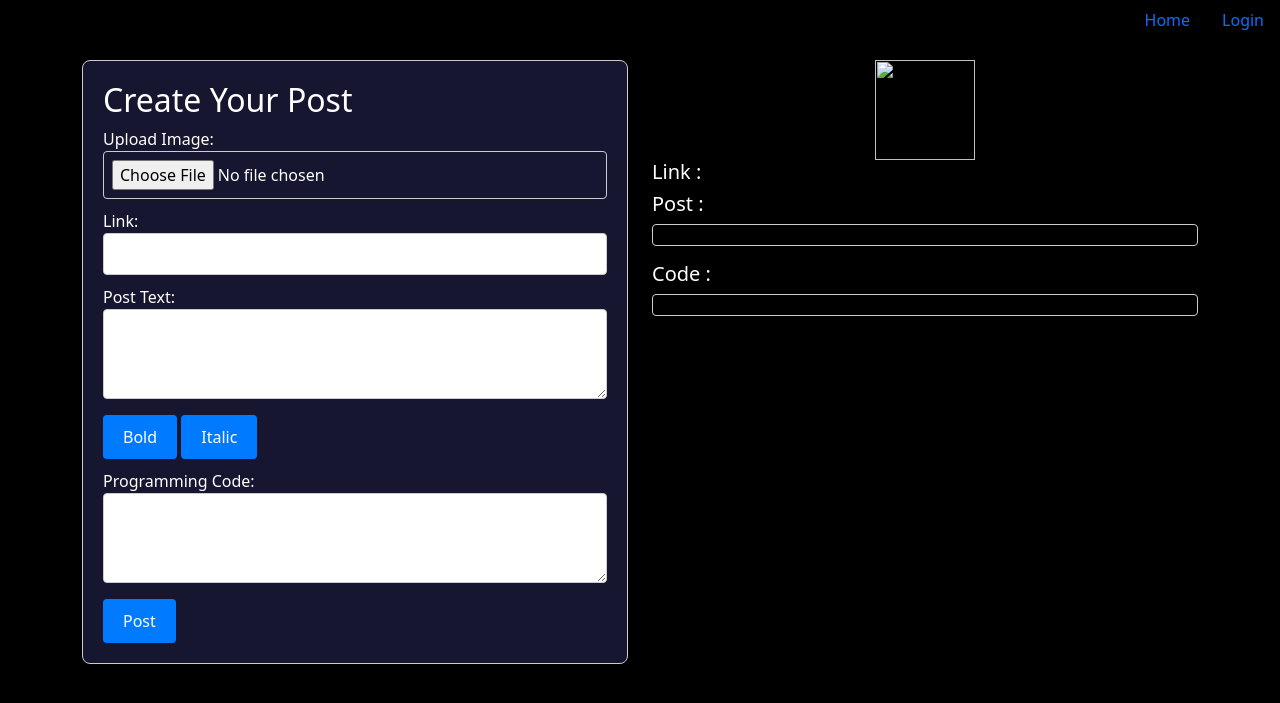
Repository: jaseem1999/sdCommunity
Page: http://localhost/sdCommunity/UserPost.jsp
The author's editor kept a copy of each file at every save. The page is drawn from the files as they stood at one save, then again after the next save.
The browser window is 1280 px wide. The pictures show the whole page.
The page is served by Tomcat 9.

Above is the page before, as saved 2023-09-29 15:18:12.

After the next save:
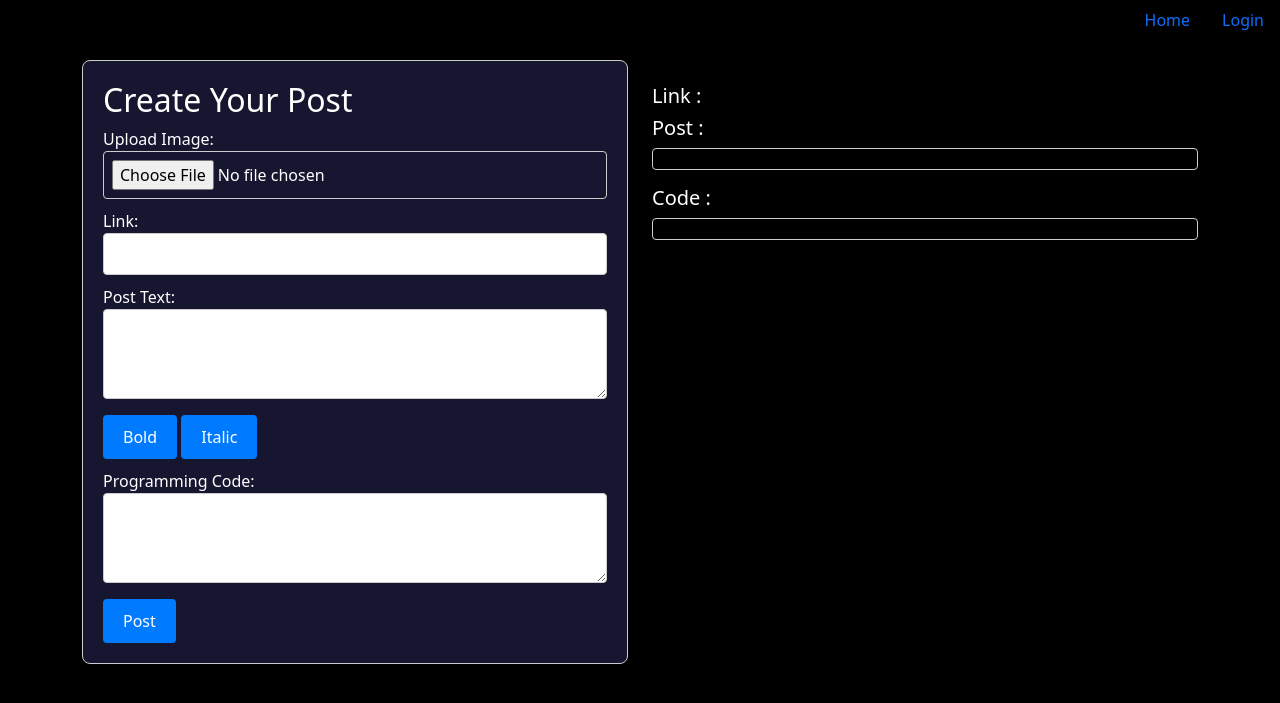
Saved 2 min 58 s later.
--- a/sdCommunity/src/main/webapp/UserPost.jsp
+++ b/sdCommunity/src/main/webapp/UserPost.jsp
@@ -67,8 +67,7 @@ String position = (String) session.getAttribute("position");
         border-radius: 8px;
     }
     .profileImg{
-		width: 70px;
-		height: 100px;
+		height: auto;
 		border: 1 solid white;
 	}
 	#center{
@@ -218,7 +217,7 @@ String position = (String) session.getAttribute("position");
     </div>
 	    <div class="col">
 			<div id="center">
-			 <img class="profileImg" alt="" src="" id="updatedImg" style="width: 100px;"/><br>
+			 <img class="profileImg" alt="" src="" id="updatedImg" style="width: 90%;"/><br>
 		    </div>
 		    <h5>Link :</h5>
 		    <a href="" id="showLink"></a>
